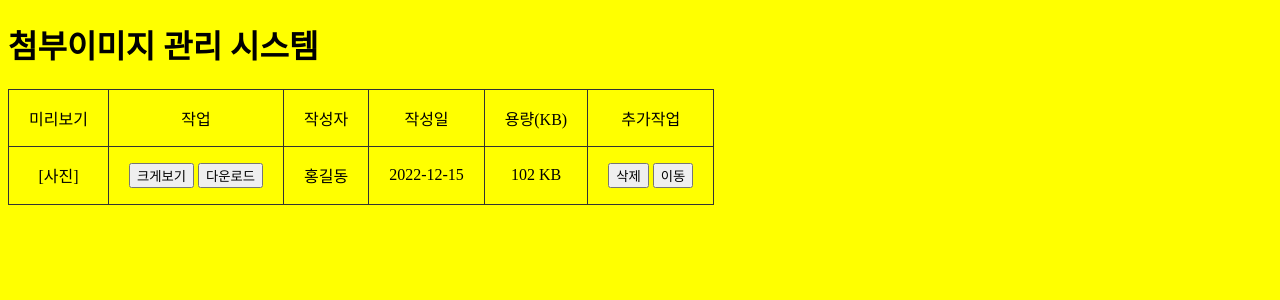
Repository: kmh9964/view
Page: workspace/studyhtml5/src/main/webapp/docs/manager.html
These files come from the project's save history. The page is drawn as it stood at one moment and after the next save; the edit follows.
The browser window is 1280 px wide. The pictures show the whole page.

Above is the page before, as saved 2022-12-15 07:53:06.

After the next save:
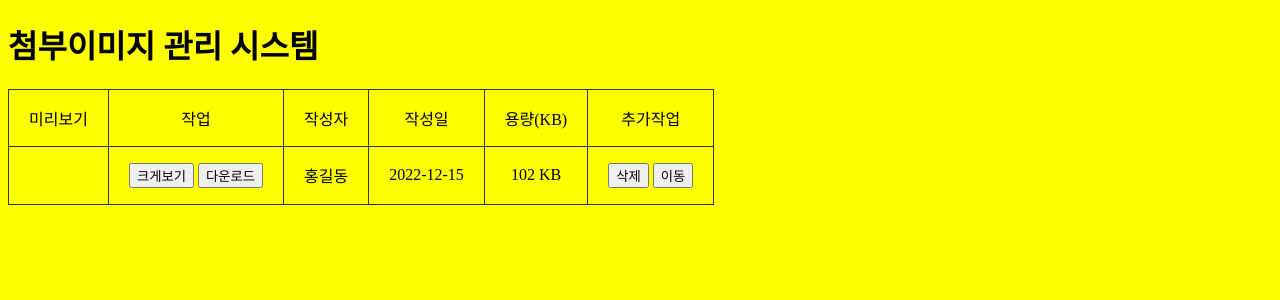
Saved 9 min 54 s later.
--- a/workspace/studyhtml5/src/main/webapp/docs/manager.html
+++ b/workspace/studyhtml5/src/main/webapp/docs/manager.html
@@ -19,7 +19,9 @@
 			<td>용량(KB)</td>
 			<td>추가작업</td>
 		</tr>
-			<td>[사진]</td>
+			<td>
+			<link rel="../image/thumb2.png" href="고니골 빛 축제" />
+			</td>
 			<td>
 				<button>크게보기</button>
 				<button>다운로드</button>
